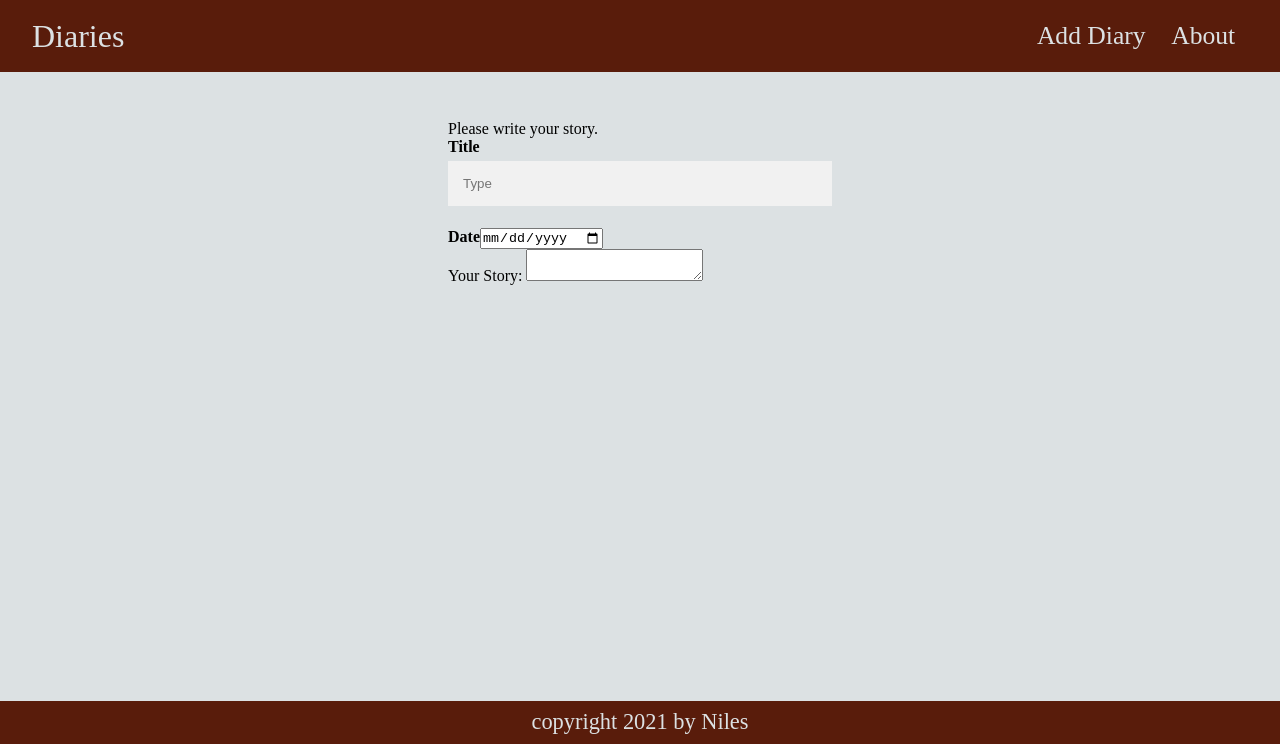
Repository: Tun-Dev/mydiary
Page: /AddDiary
These files come from the project's save history. The page is drawn as it stood at one moment and after the next save; the edit follows.
The browser window is 1280 px wide. The pictures show the whole page.
The project was rebuilt for these pictures with package versions that can differ from the ones it lists, and the page was loaded fresh each time. Also part of the build but not shown: src/useFetch.js, src/Components/Diary.js, src/Components/DiaryHome.js, src/Components/About.js.

Above is the page before, as saved 2021-05-12 14:45:04.

### public/index.html
<!DOCTYPE html>
<html lang="en">
  <head>
    <meta charset="utf-8" />
    <link rel="icon" href="%PUBLIC_URL%/favicon.ico" />
    <meta name="viewport" content="width=device-width, initial-scale=1" />
    <meta name="theme-color" content="#000000" />
    <meta
      name="description"
      content="An Application To Keep Your Diary Save Online"
    />
    <link rel="apple-touch-icon" href="%PUBLIC_URL%/logo192.png" />
    <!--
      manifest.json provides metadata used when your web app is installed on a
      user's mobile device or desktop. See https://developers.google.com/web/fundamentals/web-app-manifest/
    -->
    <link rel="manifest" href="%PUBLIC_URL%/manifest.json" />
    <!--
      Notice the use of %PUBLIC_URL% in the tags above.
      It will be replaced with the URL of the `public` folder during the build.
      Only files inside the `public` folder can be referenced from the HTML.

      Unlike "/favicon.ico" or "favicon.ico", "%PUBLIC_URL%/favicon.ico" will
      work correctly both with client-side routing and a non-root public URL.
      Learn how to configure a non-root public URL by running `npm run build`.
    -->
    <title>MyDiary</title>
  </head>
  <body>
    <noscript>You need to enable JavaScript to run this app.</noscript>
    <div id="root"></div>
    <!--
      This HTML file is a template.
      If you open it directly in the browser, you will see an empty page.

      You can add webfonts, meta tags, or analytics to this file.
      The build step will place the bundled scripts into the <body> tag.

      To begin the development, run `npm start` or `yarn start`.
      To create a production bundle, use `npm run build` or `yarn build`.
    -->
  </body>
</html>

### src/index.js
import React from 'react';
import ReactDOM from 'react-dom';
import {BrowserRouter} from 'react-router-dom'
import App from './App';


ReactDOM.render(

  <React.StrictMode>
  <BrowserRouter>
    <App />
    </BrowserRouter>
  </React.StrictMode>,
  document.getElementById('root')
);

// If you want to start measuring performance in your app, pass a function
// to log results (for example: reportWebVitals(console.log))
// or send to an analytics endpoint. Learn more: https://bit.ly/CRA-vitals

### src/App.js
import React from "react";
import {Switch, Route} from 'react-router-dom';
import GlobalStyle from './GlobalStyle';

// import components
import Nav from './Layout/Nav';
import Footer from './Layout/Footer';
import DiaryHome from './Components/DiaryHome';
import About from './Components/About';
import AddDiary from './Components/AddDiary'

function App() {
  return (
    <div className="App">
    <GlobalStyle />
    <Nav />
    <div className="container">
    <Switch>
    <Route exact path="/">
    <DiaryHome />
    </Route>
    <Route exact path="/About">
    <About />
    </Route>
    <Route exact path="/AddDiary">
    <AddDiary />
    </Route>
    </Switch>
    </div>
    <Footer />
    </div>
  );
}

export default App;

### src/GlobalStyle.js
import {createGlobalStyle} from 'styled-components';

const GlobalStyle = createGlobalStyle`
  * {
      margin: 0;
      padding: 0;
      box-sizing: border-box;
  }
  body {
 background-color: #dce1e3;
}
 a {
    text-decoration: none;
}
.container {
    margin: 3rem 14rem;
    height: 74vh;
}
`

export default GlobalStyle;

### src/Layout/Nav.js
import React from 'react';
import styled from 'styled-components';
import {Link} from 'react-router-dom'

const Nav = () => {
    return (
        <NavBar>
          <nav>
         <div className="header">
           <Link to="/">Diaries</Link>
         </div>
         <ul className="navItens">
           <li><Link to="/AddDiary">Add Diary</Link></li>
           <li><Link to="/About">About</Link></li>
         </ul>
          </nav>
        </NavBar>
    )
}
const NavBar = styled.div`

  nav {
    display: flex;
    justify-content: space-between;
    align-items: center;
    background-color: #591c0b;
    height: 10vh;
    color: #dce1e3;
}
.header {
    margin: 0 2rem;
    font-size: 2rem;
     color: #dce1e3;
}
.header a {
  color: #dce1e3;
}
ul {
    display: flex;
    margin: 0 2rem;
}
ul li {
    list-style: none;
    margin: 0 0.8rem;
}
ul li a {
    color: #dce1e3;
    font-size: 1.6rem;
}
`;

export default Nav;

### src/Layout/Footer.js
import React from 'react';
import styled from 'styled-components'

const Footer = () => {
    return (
        <Foot>
            copyright 2021 by Niles
        </Foot>
    )
}
const Foot = styled.div`
display: flex;
justify-content: center;
align-items: center;
text-align: center;
background-color:  #591c0b;
height: 6vh;
color: #dce1e3;
font-size: 1.4rem;
`
export default Footer

### src/Components/AddDiary.js
import React, {useState} from 'react';
import styled from 'styled-components';

const AddDiary = () => {
    const [title, setTitle] = useState('');
    const [date, setDate] = useState('');
    const [message, setMessage] = useState('');
    return (
        <Add>
            <form>
              <div className="container">
                <div>
                 <p>Please write your story.</p>
                </div>

              <div>
               <label><b>Title</b></label>
               <input type="text" placeholder="Type" value={title} required />
              </div>
              <div>
               <label><b>Date</b></label>
               <input type="date" value={date} required />
              </div>
              <div>
              <label>Your Story: <textarea value={message}  ></textarea></label>
              </div>

               </div>
            </form>
        </Add>
    )
}
const Add = styled.div`
input[type=text] {
  width: 100%;
  padding: 15px;
  margin: 5px 0 22px 0;
  display: inline-block;
  border: none;
  background: #f1f1f1;


input[type=text]:focus, input[type=password]:focus {
  background-color: #ddd;
  outline: none;
//   btn
.registerbtn {
  background-color: #04AA6D;
  color: white;
  padding: 16px 20px;
  margin: 8px 0;
  border: none;
  cursor: pointer;
  width: 100%;
  opacity: 0.9;
}

.registerbtn:hover {
  opacity:1;
`
export default AddDiary;

After the next save:
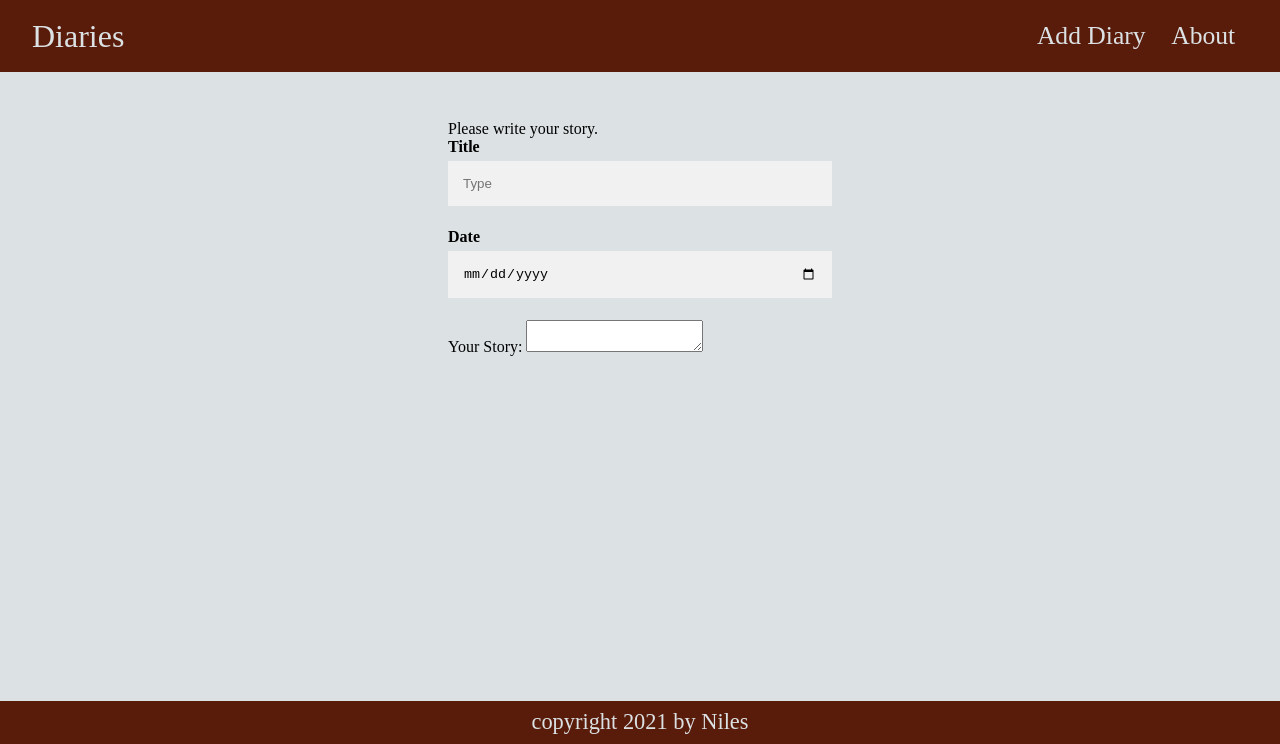
Saved 42 s later.
--- a/src/Components/AddDiary.js
+++ b/src/Components/AddDiary.js
@@ -31,7 +31,7 @@ const AddDiary = () => {
     )
 }
 const Add = styled.div`
-input[type=text] {
+input[type=text], input[type=date] {
   width: 100%;
   padding: 15px;
   margin: 5px 0 22px 0;
